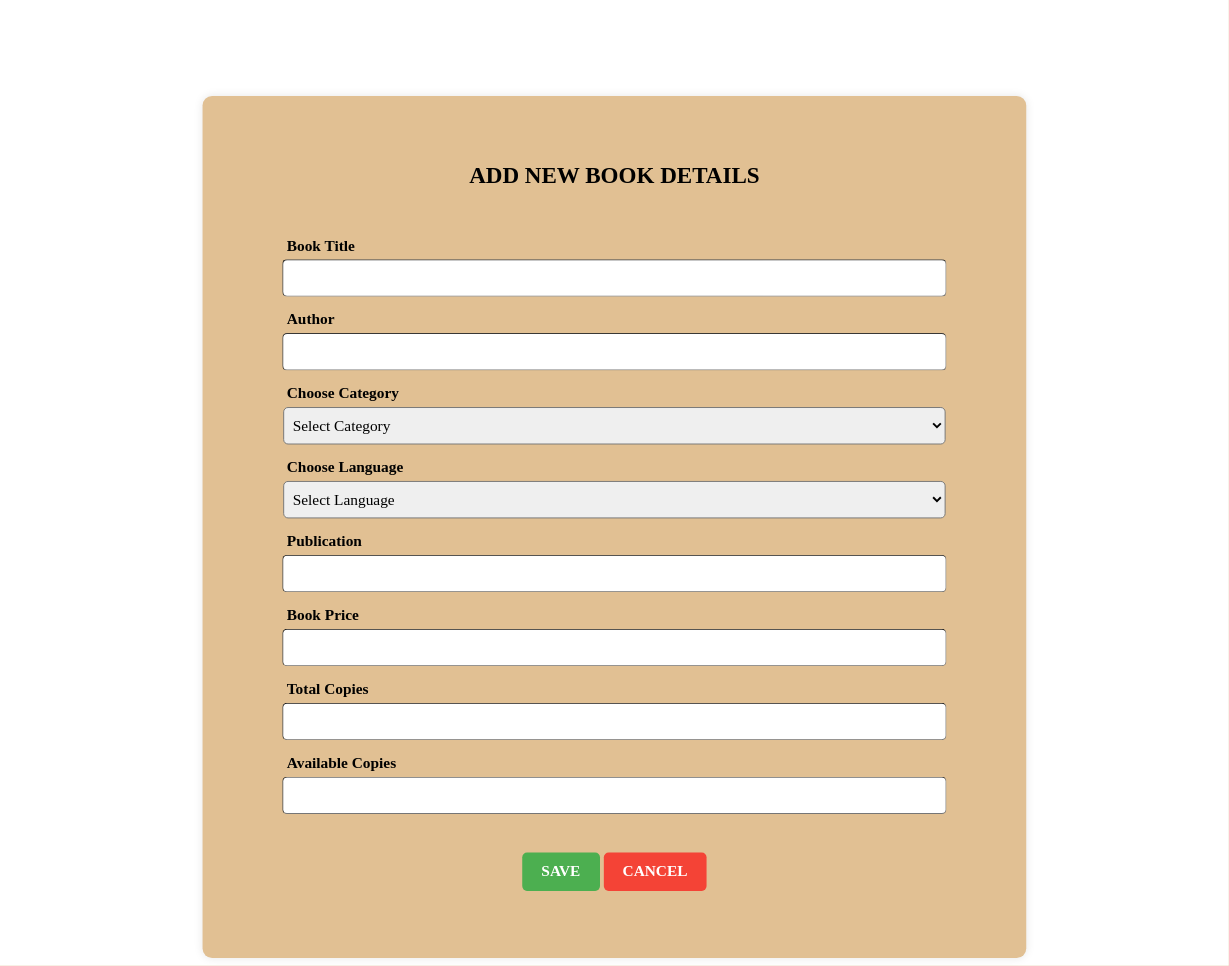
Repository: devikrishna908/RURAL-LIBRARY-MANAGEMENT
Page: http://localhost/library-management/WEB-INF/jsp/add-book.jsp
The author's editor kept a copy of each file at every save. The page is drawn from the files as they stood at one save, then again after the next save.
The browser window is 1280 px wide. The pictures show the whole page, at 96% of full size.
The page is served by Tomcat 9. Nobody is signed in. The template is opened directly, without the code that normally fills it, so the values that code supplies are empty.

Above is the page before, as saved 2024-05-24 06:08:19.

After the next save:
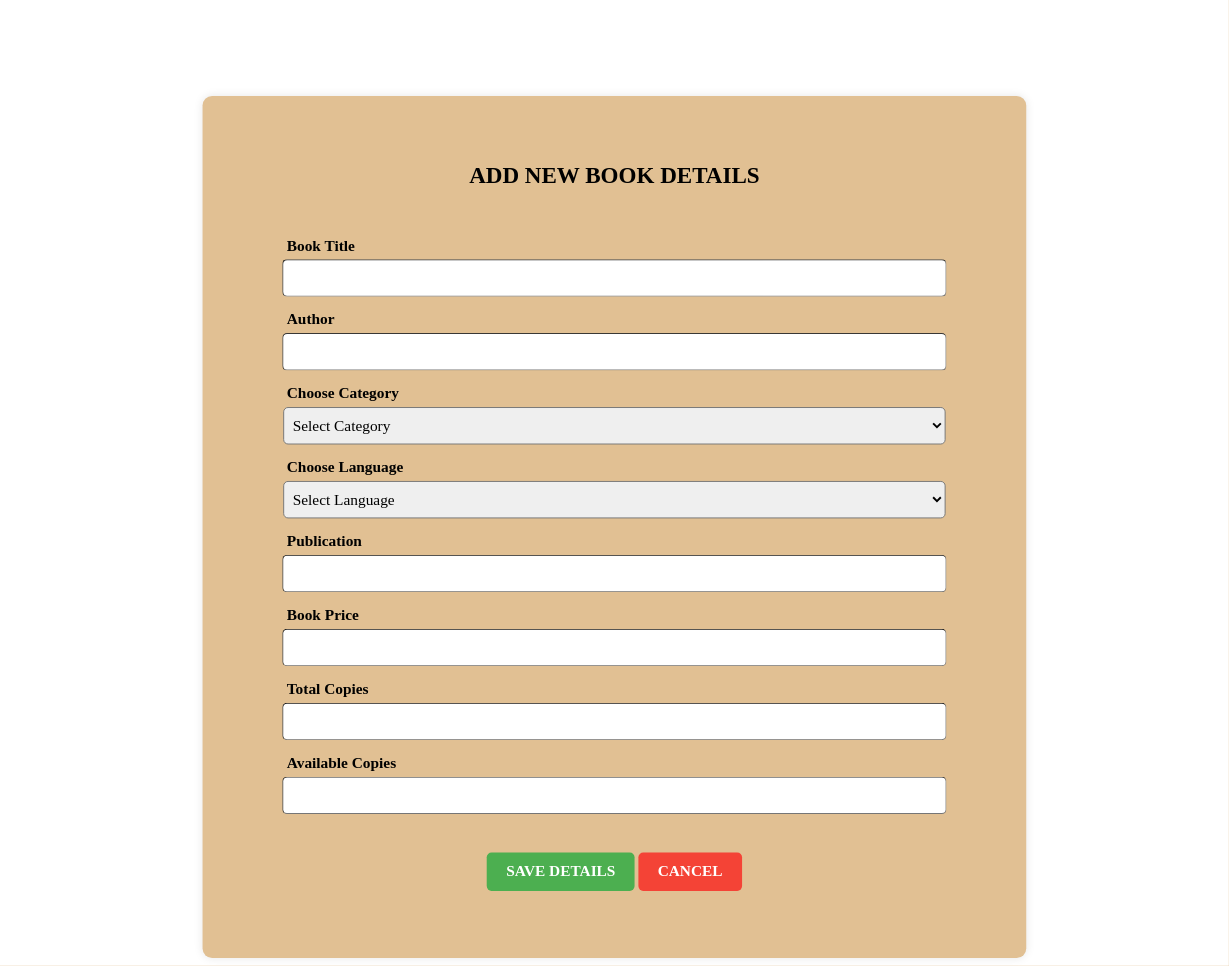
Saved 57 s later.
--- a/library-management/src/main/webapp/WEB-INF/jsp/add-book.jsp
+++ b/library-management/src/main/webapp/WEB-INF/jsp/add-book.jsp
@@ -62,7 +62,7 @@
     		    <input type="text" id="available" name="available"><br>
 
 				<div class="input-button">
-					<input type="submit" value="SAVE" class="insert">
+					<input type="submit" value="SAVE DETAILS" class="insert">
 					<input type="button" value="CANCEL" class="cancel" onclick="cancelAction()"> <br>
 				</div>
 			</form>
